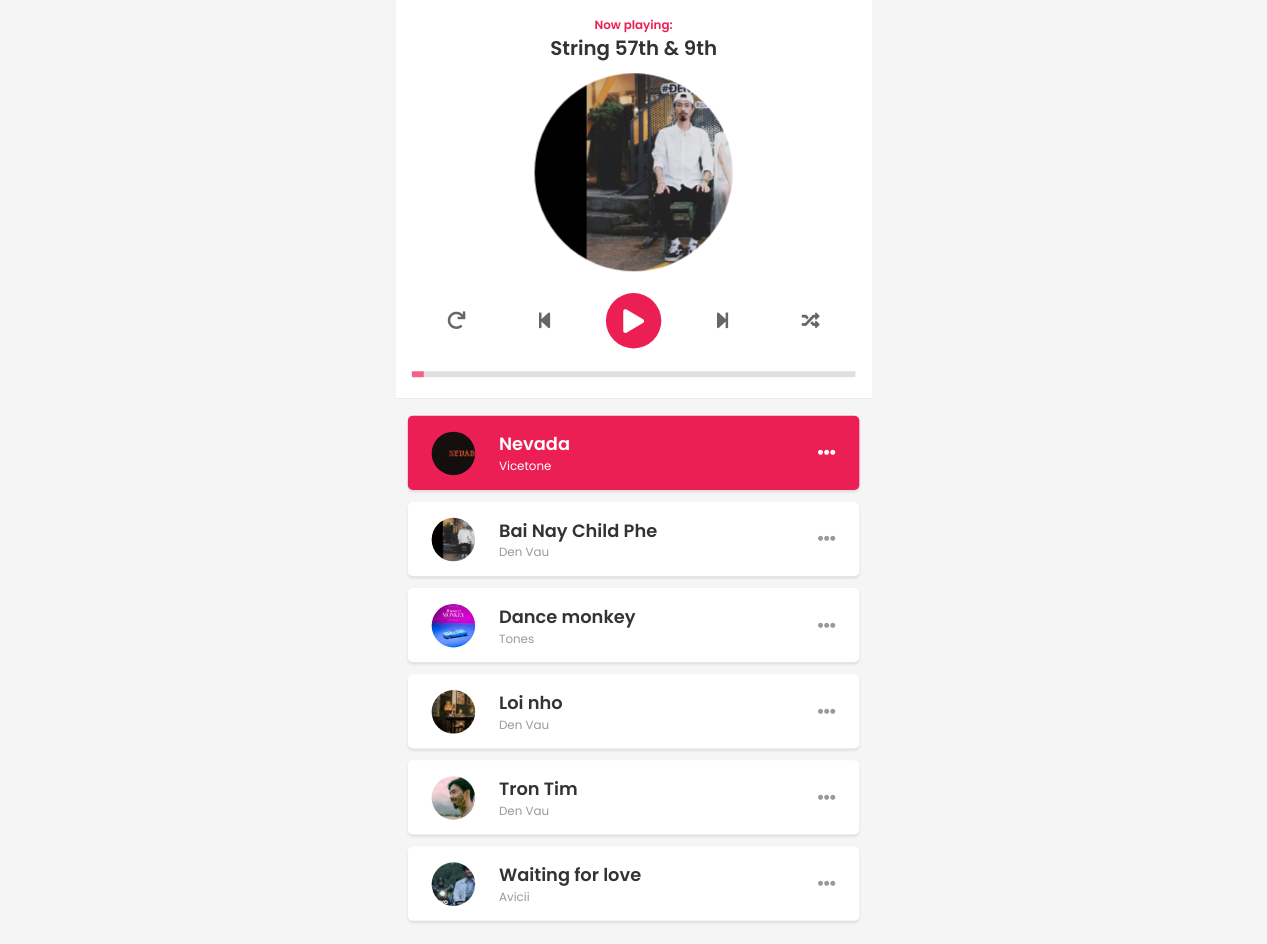
Repository: dovanthao2404/AppMusicPlayer
Page: index.html
These files come from the project's save history. The page is drawn as it stood at one moment and after the next save; the edit follows.
The browser window is 1280 px wide. The pictures show the whole page, at 99% of full size.
After loading, the first visible `div.btn-next` was clicked once.

Above is the page before, as saved 2021-06-28 15:37:06.

After the next save:
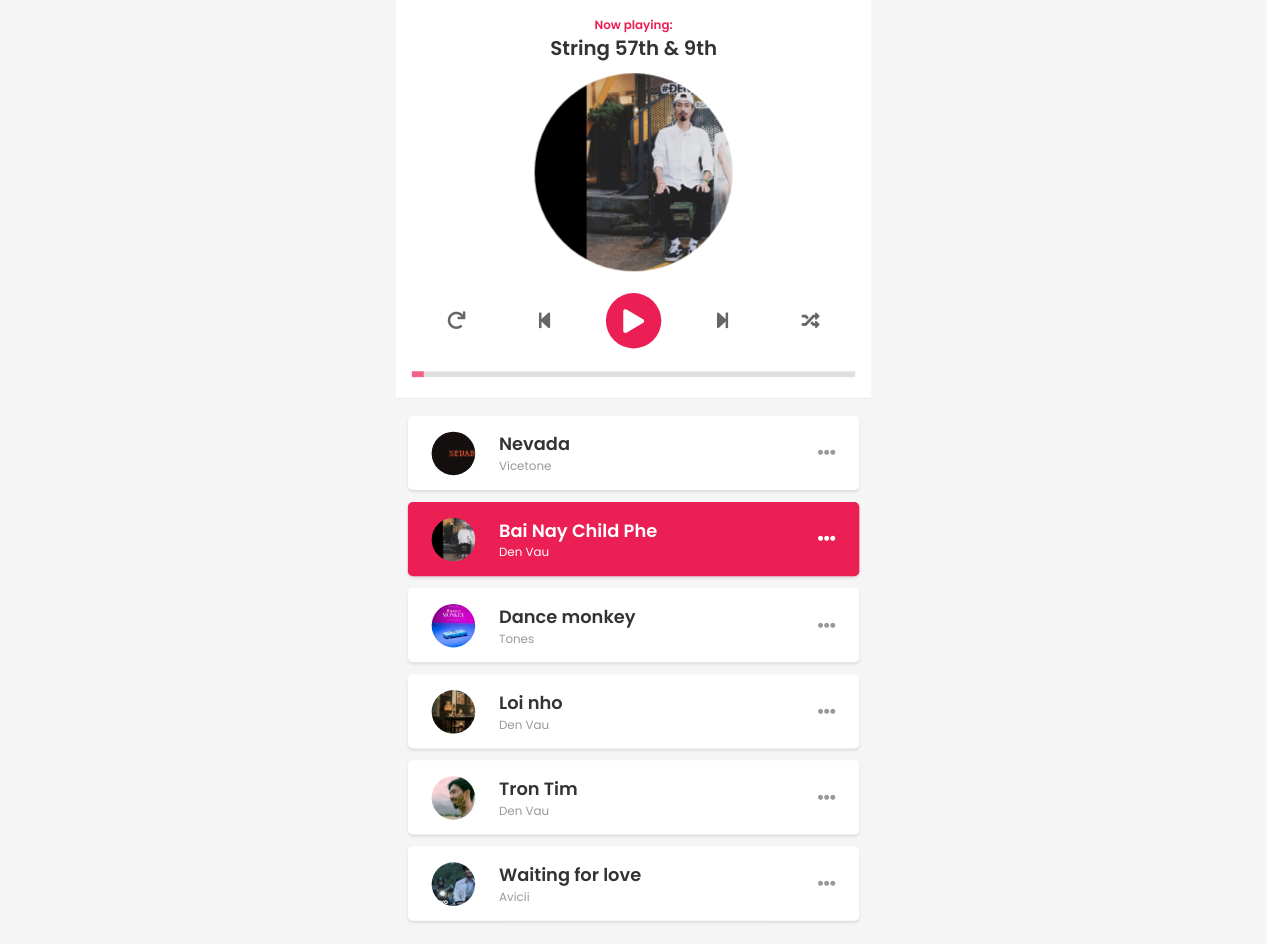
Saved 2 min 25 s later.
--- a/js/app.js
+++ b/js/app.js
@@ -109,7 +109,6 @@ const app = {
       } else {
         audio.play();
       }
-      _this.render();
     }
 
     // khi song duoc play
@@ -147,6 +146,7 @@ const app = {
         _this.nextSong();
       }
       audio.play();
+      _this.render();
     }
 
     // khi prev bai hat
